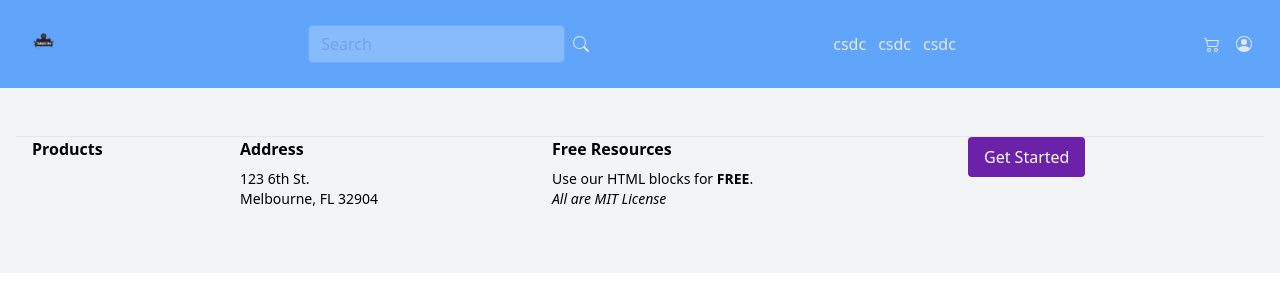
Repository: DevLaukey/Jitu-final
Page: / (app in frontend/)
An editor plug-in stored every save of this project. The page is shown before and after the next save, followed by the edit.
The browser window is 1280 px wide. The pictures show the whole page.
The project was rebuilt for these pictures with package versions that can differ from the ones it lists, and the page was loaded fresh each time.

Above is the page before, as saved 2022-07-13 14:06:00.

After the next save:
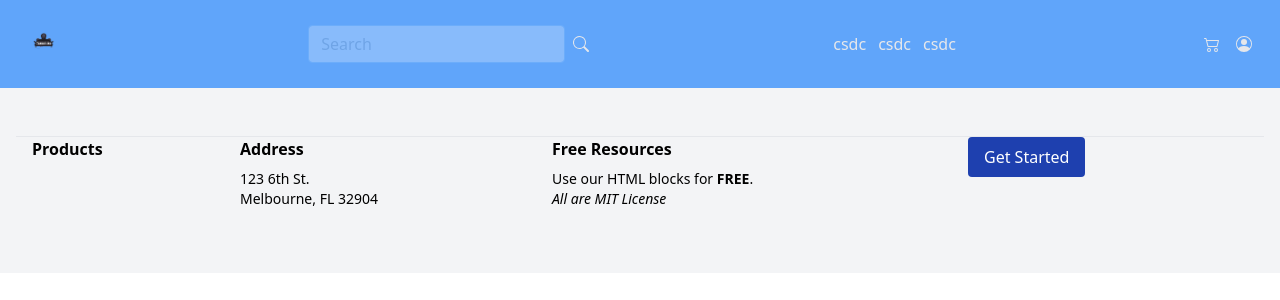
Saved 25 s later.
--- a/frontend/src/components/Footer.js
+++ b/frontend/src/components/Footer.js
@@ -25,7 +25,7 @@ function Footer() {
             </p>
           </div>
           <div class="px-4 md:w-1/4 md:ml-auto mt-6 sm:mt-4 md:mt-0">
-            <button class="px-4 py-2 bg-purple-800 hover:bg-purple-900 rounded text-white">
+            <button class="px-4 py-2 bg-blue-800 hover:bg-blue-900 rounded text-white">
               Get Started
             </button>
           </div>
